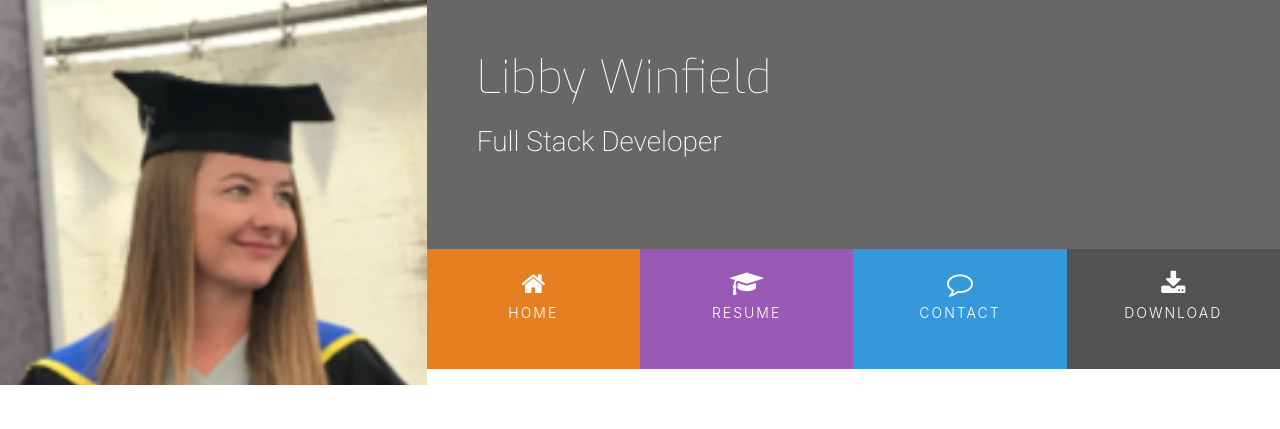
Repository: LibbyWin/CV
Page: index.html
The author's editor kept a record of every edit. The page is drawn from the files as they stood at one moment, then again after the next edit.
The browser window is 1280 px wide. The pictures show the whole page.

Above is the page before.

After the next edit:
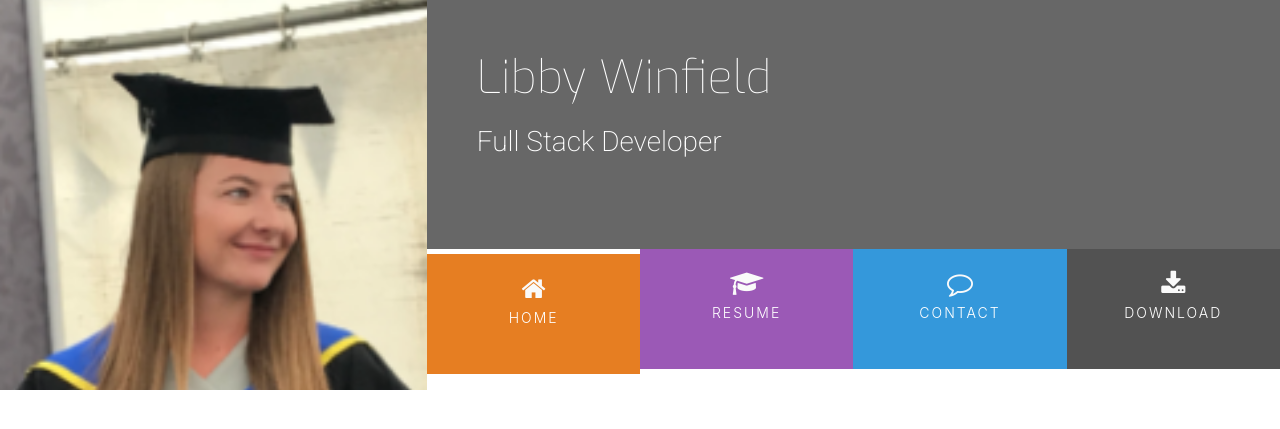
The edit:
--- a/index.html
+++ b/index.html
@@ -31,7 +31,7 @@
                     <div class="col">
                         <ul id="nav" class="list-inline menucontainer">
                             <li class="col-6 col-sm-3 ui-menu-color-home list-inline-item menuitem">
-                                <a href="#"><i class="fa fa-home" aria-hidden_"true"></i><span>Home</span></a>
+                                <a href="#" class="hvr-sweep-to-bottom"><i class="fa fa-home" aria-hidden_"true"></i><span>Home</span></a>
                             </li>
                             <li class="col-6 col-sm-3 ui-menu-color-resume list-inline-item menuitem">
                                 <a href="#"><i class="fa fa-graduation-cap" aria-hidden="true"></i><span>Resume</span></a>
